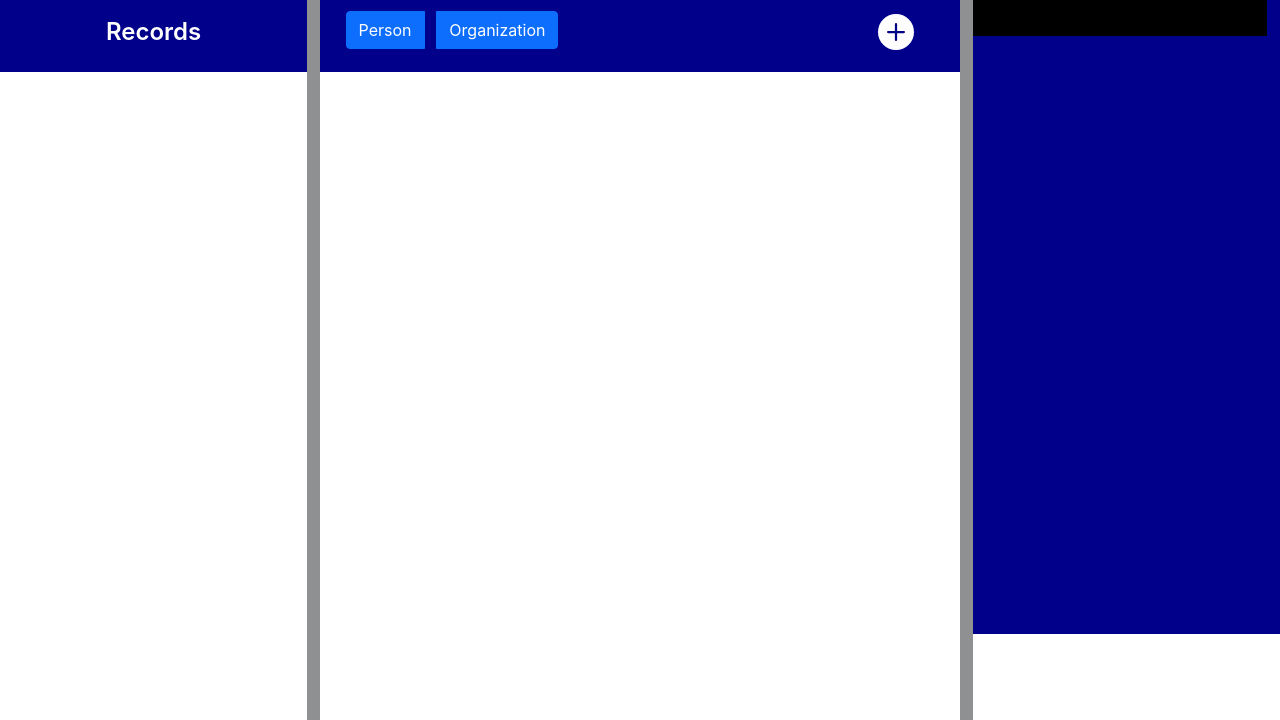
Repository: napan24/classforma_assignment
Page: / (app in client/)
The author's editor kept a copy of each file at every save. The page is drawn from the files as they stood at one save, then again after the next save.
The browser window is 1280 px wide. The pictures show the whole page.
The project was rebuilt for these pictures with package versions that can differ from the ones it lists, and the page was loaded fresh each time. Also part of the build but not shown: client/src/App.css.

Above is the page before, as saved 2022-07-20 14:43:48.

After the next save:
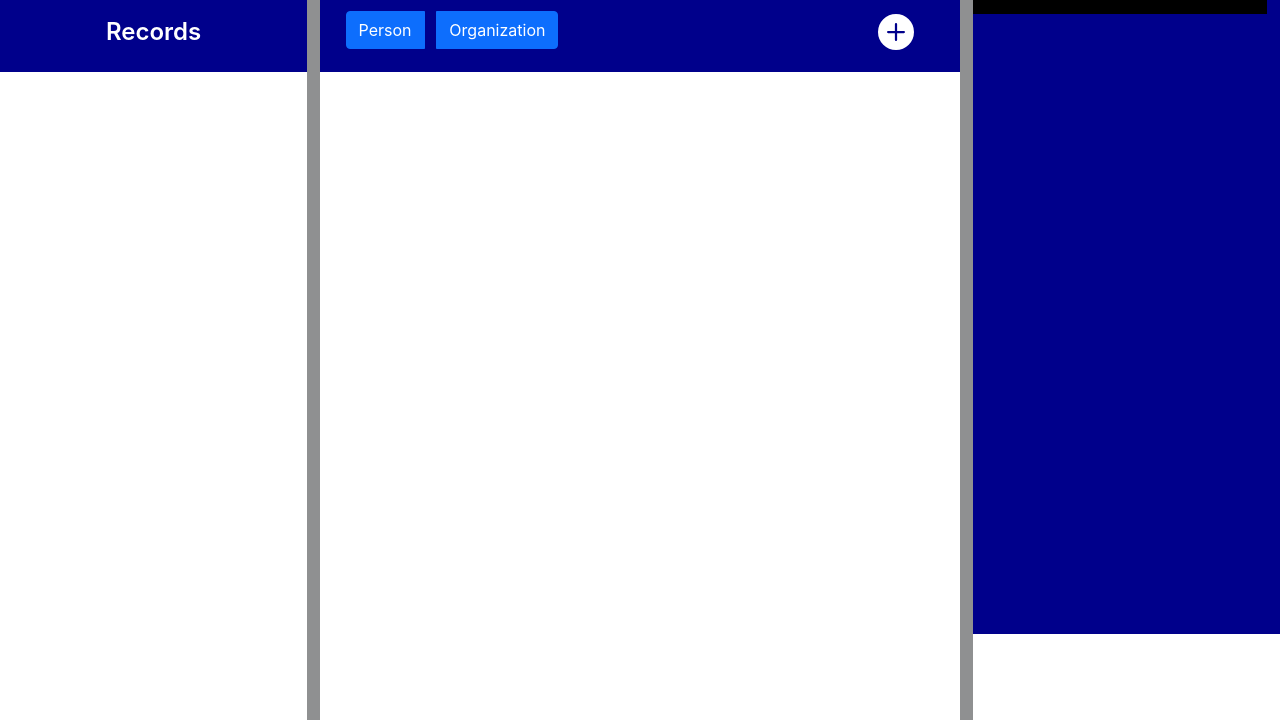
Saved 30 s later.
--- a/client/src/Home.js
+++ b/client/src/Home.js
@@ -84,7 +84,7 @@ const Home = () => {
                     </div>
                     <div style={{ width: "24vw", height: "88vh", backgroundColor: "#00008b", textAlign: 'center', fontSize: '150%', color: "white", fontWeight: "600", position: "fixed" }}>
                     {personName && personName.map((user) => (
-                        <div style={{width:"23vw",height:'5vh',backgroundColor:"black",color:"white"}}>
+                        <div style={{width:"23vw",height:'2vh',backgroundColor:"black",color:"white"}}>
                             {user}
                         </div>
                     ))}
